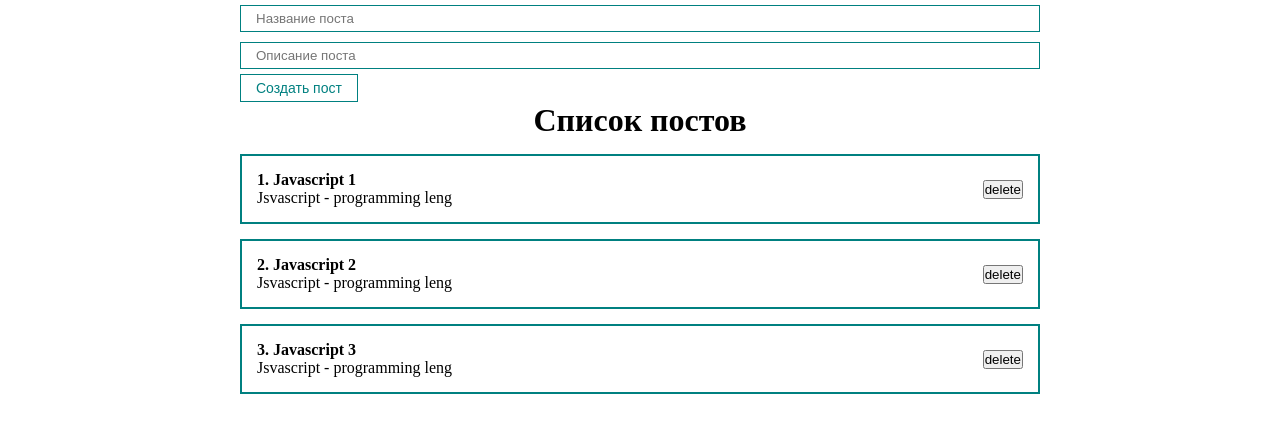
Repository: tsydikov/reactTodo
Page: /
The author's editor kept a copy of each file at every save. The page is drawn from the files as they stood at one save, then again after the next save.
The browser window is 1280 px wide. The pictures show the whole page.
The project was rebuilt for these pictures with package versions that can differ from the ones it lists, and the page was loaded fresh each time.

Above is the page before, as saved 2021-08-29 13:54:01.

After the next save:
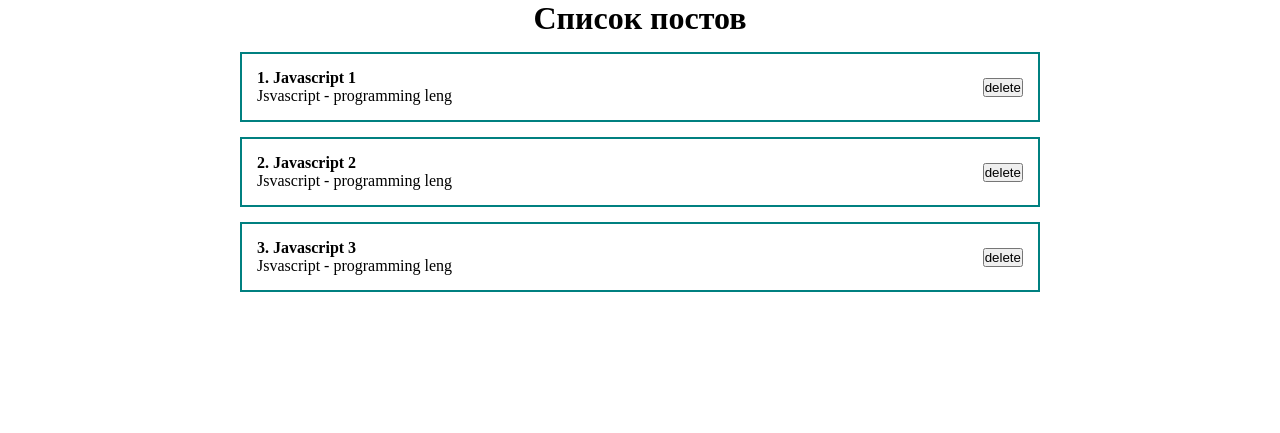
Saved 38 s later.
--- a/src/App.js
+++ b/src/App.js
@@ -1,4 +1,5 @@
 import React, { useState } from 'react'
+import PostForm from './components/PostForm';
 import PostList from './components/PostList'
 import './styles/App.css'
 import MyButton from './UI/button/MyButton';
@@ -21,21 +22,7 @@ function App() {
 
   return (
     <div className="App">
-      <form>
-        <MyInput
-          onChange={e => setPost({ ...post, title: e.target.value })}
-          value={post.title}
-          type="text"
-          placeholder="Название поста"
-        />
-        <MyInput
-          onChange={e => setPost({ ...post, body: e.target.value })}
-          value={post.body}
-          type="text"
-          placeholder="Описание поста"
-        />
-        <MyButton onClick={addNewPost} >Создать пост</MyButton>
-      </form>
+      <PostForm />
       <PostList posts={posts} title="Список постов" />
     </div>
   );
